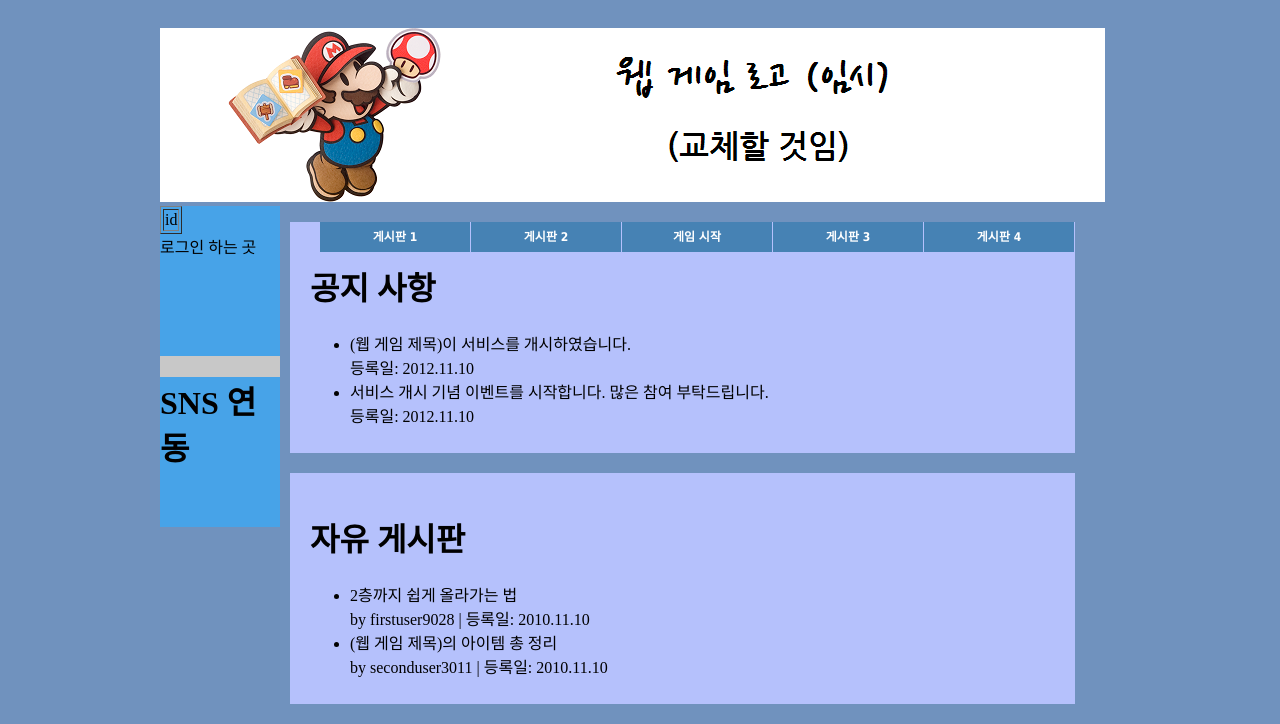
Repository: gunhe123/web_programing_project_Team_4
Page: web_game/WebContent/index.html
The author's editor kept a copy of each file at every save. The page is drawn from the files as they stood at one save, then again after the next save.
The browser window is 1280 px wide. The pictures show the whole page.

Above is the page before, as saved 2012-11-10 16:42:58.

### web_game/WebContent/index.html
<!DOCTYPE html>
<html lang="ko">
<head>
	<meta charset="utf-8">
	<title>Web Game</title>
	<link href="stylesheets/main.css" rel="stylesheet" type="text/css">
</head>
<body>
<div id="wrap">
	<div id="top_logo">
		<img src="images/mario.png" alt="Web Game Logo">
	</div>
	<div id="content">
		<div id="sidebar">
			<div id="login_box">
			<table border="1">
				<tr>
				<td>
				id
				</td>
				</tr>
			</table>
			로그인 하는 곳
			</div>
			<div id="sns">
			<h1>SNS 연동</h1>
			</div>
		</div>
		<div id="main_content">
			<div class="main_section" id="menubar">
				<ul>
					<li><a href="">게시판 1</a></li>
					<li><a href="">게시판 2</a></li>
					<li><a href="">게임 시작</a></li>
					<li><a href="">게시판 3</a></li>
					<li><a href="">게시판 4</a></li>
				</ul>
			</div>
			<div class="main_section" id="notice">
			<h1>공지 사항</h1>
			<ul>
				<li>
					<div class="article">
					(웹 게임 제목)이 서비스를 개시하였습니다.
					</div>
					<span class="date">등록일: 2012.11.10</span>
				</li>
				<li>
					<div class="article">
					서비스 개시 기념 이벤트를 시작합니다. 많은 참여 부탁드립니다.
					</div>
					<span class="date">등록일: 2012.11.10</span>
				</li>
			</ul>
			</div>
			<div class="main_section" id="free_board">
			<h1>자유 게시판</h1>
			<ul>
				<li>
					<div class="article">
					2층까지 쉽게 올라가는 법
					</div>
					<span class="author">by firstuser9028</span> |
					<span class="date">등록일: 2010.11.10</span>
				</li>
				<li>
					<div class="article">
					(웹 게임 제목)의 아이템 총 정리
					</div>
					<span class="author">by seconduser3011</span> |
					<span clss="date">등록일: 2010.11.10</span>
				</li>
			</ul>
			</div>
		</div>
	</div>
</div>
</body>
</html>

### web_game/WebContent/stylesheets/main.css
html{color:#000;
	background:rgb(112,146,190);
	padding:20px 0;
	}
#wrap{
	width: 960px;
	margin:0 auto;
}
#main_content{
	position:relative;
	float: left;
}

#sidebar{
	background:rgb(200,200,200);
	width:120px;
	float: left;
}
#login_box{
	background-color:rgb(71,163,232);
	height: 150px;
}
#sns{
	background-color:rgb(71,163,232);
	height: 150px;
}
#menubar ul li{
	float: left;
	list-style: none;
	}
#menubar ul li a{
	color:#fff; background-color:#4682b4;

	display:block;
	width:120px;
	text-align:center;
	padding:0px 15px;
	font: bold 12px/30px Tahoma;
	text-decoration:none;
	margin-right:1px;
}
#notice{
	margin-left: 10px;
	margin-bottom: 20px;
	padding-top: 20px;
	padding-bottom:10px;
	padding-left: 20px;
	background-color:rgb(181,193,252);
	float: none;
}
#free_board{
	margin-left: 10px;
	padding-top: 20px;
	padding-bottom:10px;
	padding-left: 20px;
	background-color:rgb(181,193,252);
	float: none;
}

After the next save:
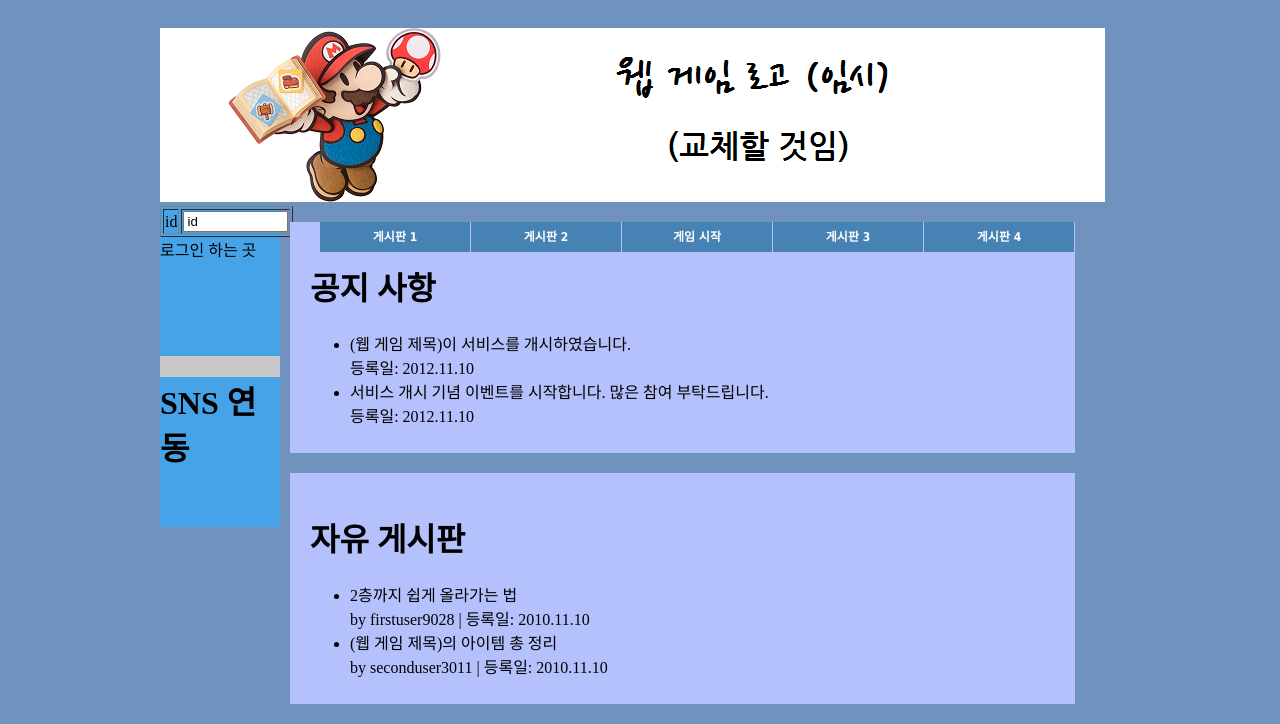
Saved 95 s later.
--- a/web_game/WebContent/index.html
+++ b/web_game/WebContent/index.html
@@ -17,6 +17,9 @@
 				<tr>
 				<td>
 				id
+				</td>
+				<td>
+				<input type="text" value="id" size="10">
 				</td>
 				</tr>
 			</table>
